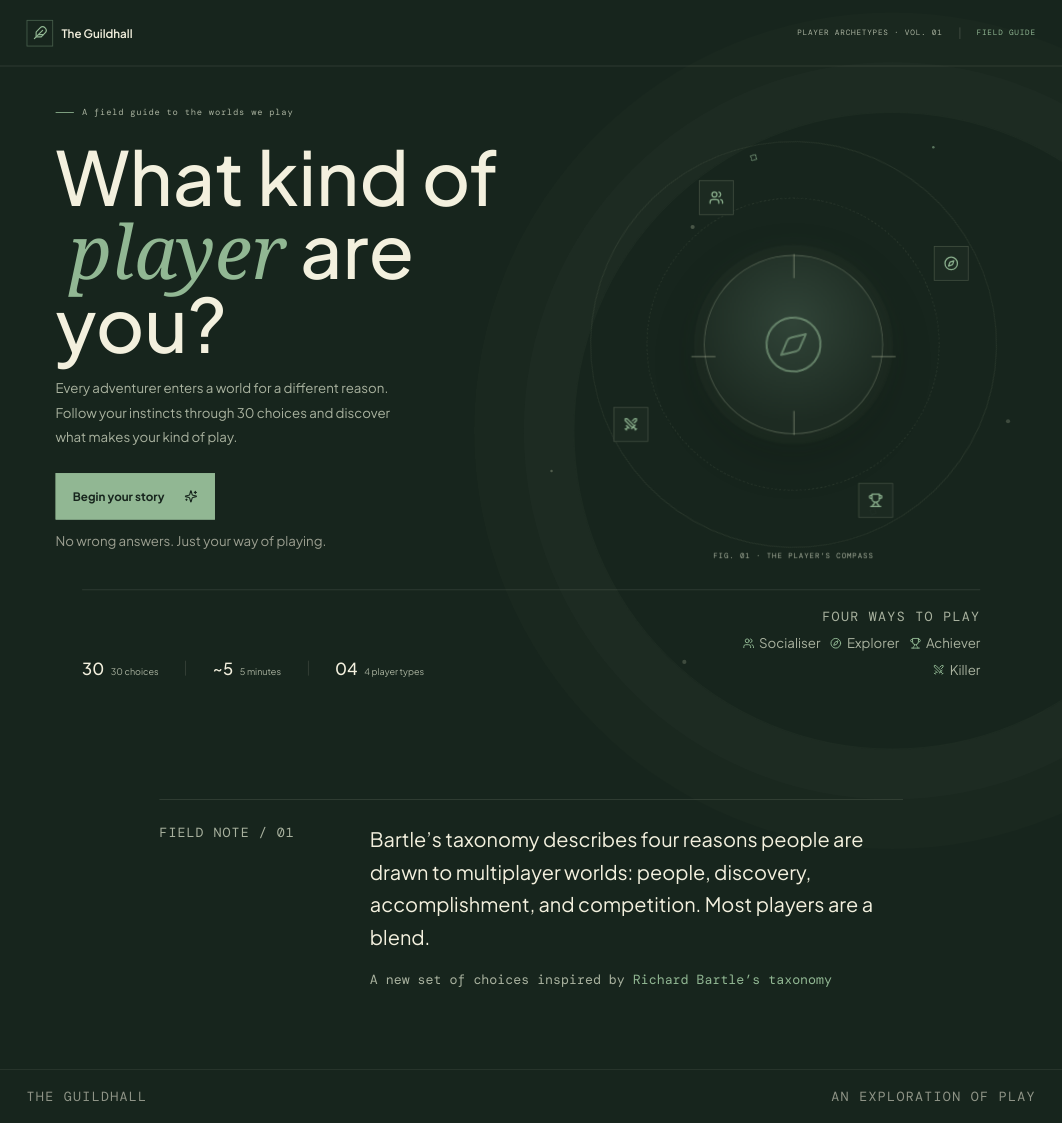
Repository: tiagoturra/bartle
Page: /
The author's editor kept a copy of each file at every save. The page is drawn from the files as they stood at one save, then again after the next save.
The browser window is 1280 px wide. The pictures show the whole page, at 83% of full size.
The project was rebuilt for these pictures with package versions that can differ from the ones it lists, and the page was loaded fresh each time. Also part of the build but not shown: vite.config.ts, src/modules/bartle/components/QuestionCard.module.scss, src/modules/bartle/components/QuestionCard.tsx, src/modules/bartle/components/ResultsPanel.module.scss, src/modules/bartle/components/ResultsPanel.tsx.

Above is the page before, as saved 2026-10-30 22:21:56.

### index.html
<!doctype html>
<html lang="en">
  <head>
    <meta charset="UTF-8" />
    <meta name="viewport" content="width=device-width, initial-scale=1.0" />
    <meta name="theme-color" content="#17251d" />
    <meta
      name="description"
      content="Discover your player type in an atmospheric, story-led Bartle test."
    />
    <link rel="preconnect" href="https://fonts.googleapis.com" />
    <link rel="preconnect" href="https://fonts.gstatic.com" crossorigin />
    <link
      href="https://fonts.googleapis.com/css2?family=DM+Mono:wght@400;500&family=Plus+Jakarta+Sans:wght@400;500;600;700;800&display=swap"
      rel="stylesheet"
    />
    <title>The Guildhall — Bartle Player Type Test</title>
  </head>
  <body>
    <div id="root"></div>
    <script type="module" src="/src/main.tsx"></script>
  </body>
</html>

### src/main.tsx
import './i18n'
import { StrictMode } from 'react'
import { createRoot } from 'react-dom/client'
import { AppRoutes } from './routes'
import './index.css'

const rootElement = document.getElementById('root')

if (!rootElement) {
  throw new Error('The application root element was not found.')
}

createRoot(rootElement).render(
  <StrictMode>
    <AppRoutes />
  </StrictMode>,
)

### src/i18n/index.ts
import i18n from 'i18next'
import { initReactI18next } from 'react-i18next'
import enCommon from './locales/en-US/common.json'
import enBartle from './locales/en-US/bartle.json'
import enQuestions from './locales/en-US/questions.json'
import ptCommon from './locales/pt-BR/common.json'
import ptBartle from './locales/pt-BR/bartle.json'
import ptQuestions from './locales/pt-BR/questions.json'
import frCommon from './locales/fr-FR/common.json'
import frBartle from './locales/fr-FR/bartle.json'
import frQuestions from './locales/fr-FR/questions.json'
import deCommon from './locales/de-DE/common.json'
import deBartle from './locales/de-DE/bartle.json'
import deQuestions from './locales/de-DE/questions.json'

void i18n.use(initReactI18next).init({
  lng: 'en-US',
  fallbackLng: 'en-US',
  defaultNS: 'common',
  resources: {
    'en-US': {
      common: enCommon,
      bartle: enBartle,
      questions: enQuestions,
    },
    'pt-BR': {
      common: ptCommon,
      bartle: ptBartle,
      questions: ptQuestions,
    },
    'fr-FR': {
      common: frCommon,
      bartle: frBartle,
      questions: frQuestions,
    },
    'de-DE': {
      common: deCommon,
      bartle: deBartle,
      questions: deQuestions,
    },
  },
  interpolation: {
    escapeValue: false,
  },
})

i18n.on('languageChanged', (language) => {
  if (typeof document !== 'undefined') {
    document.documentElement.lang = language
  }
})

export default i18n

### src/routes/index.tsx
import { BrowserRouter, Navigate, Route, Routes } from 'react-router-dom'
import { BartlePage } from '../modules/bartle/pages/BartlePage'

export function AppRoutes() {
  return (
    <BrowserRouter>
      <Routes>
        <Route path="/" element={<BartlePage />} />
        <Route path="*" element={<Navigate to="/" replace />} />
      </Routes>
    </BrowserRouter>
  )
}

### src/index.css
@import "tailwindcss";

@theme {
  --color-forest: #17251d;
  --color-panel: #202f25;
  --color-cream: #f3f0de;
  --color-muted: #a9b29f;
  --color-accent: #91b793;
  --font-sans: "Plus Jakarta Sans", sans-serif;
  --font-mono: "DM Mono", monospace;
}

@layer base {
  :root {
    font-synthesis: none;
    text-rendering: optimizeLegibility;
    -webkit-font-smoothing: antialiased;
    -moz-osx-font-smoothing: grayscale;
    font-optical-sizing: auto;
  }

  html {
    min-width: 320px;
    scroll-behavior: smooth;
  }

  body {
    min-width: 320px;
    min-height: 100vh;
    margin: 0;
  }

  button,
  a {
    -webkit-tap-highlight-color: transparent;
  }

  ::selection {
    background: rgb(145 183 147 / 35%);
    color: #f3f0de;
  }
}

@media (prefers-reduced-motion: reduce) {
  *,
  *::before,
  *::after {
    scroll-behavior: auto !important;
    animation-duration: 0.01ms !important;
    animation-iteration-count: 1 !important;
    transition-duration: 0.01ms !important;
  }
}

### src/modules/bartle/pages/BartlePage.tsx
import { Compass, Feather, Sparkles, Swords, Trophy, Users } from 'lucide-react'
import { useEffect, useState } from 'react'
import { useTranslation } from 'react-i18next'
import {
  readSessionStorage,
  removeSessionStorage,
  writeSessionStorage,
} from '../../../core/browser/sessionStorage'
import { QuestionCard } from '../components/QuestionCard'
import { ResultsPanel } from '../components/ResultsPanel'
import testConfigJson from '../data/test.config.json'
import { calculateScores } from '../scoring'
import type { BartleTestConfig, PlayerTypeScore } from '../types'
import styles from './BartlePage.module.scss'

type TestPhase = 'intro' | 'test' | 'results'

const testConfig = testConfigJson as BartleTestConfig
const progressStorageKey = 'guildhall-bartle-progress'
const progressVersion = 1
const iconByType = {
  socialiser: Users,
  explorer: Compass,
  achiever: Trophy,
  killer: Swords,
}

interface SavedProgress {
  version: typeof progressVersion
  phase: 'test' | 'results'
  currentIndex: number
  answers: Record<string, string>
  advanceOnSelection: boolean
}

interface RestoredProgress {
  phase: TestPhase
  currentIndex: number
  answers: Record<string, string>
  advanceOnSelection: boolean
  scores: PlayerTypeScore[] | null
  storageError: boolean
}

function isValidSavedProgress(value: unknown): value is SavedProgress {
  if (!value || typeof value !== 'object') return false

  const progress = value as Partial<SavedProgress>
  if (
    progress.version !== progressVersion ||
    (progress.phase !== 'test' && progress.phase !== 'results') ||
    !Number.isInteger(progress.currentIndex) ||
    (progress.currentIndex ?? -1) < 0 ||
    (progress.currentIndex ?? testConfig.questions.length) >= testConfig.questions.length ||
    typeof progress.advanceOnSelection !== 'boolean' ||
    !progress.answers ||
    typeof progress.answers !== 'object' ||
    Array.isArray(progress.answers)
  ) {
    return false
  }

  const answers = progress.answers as Record<string, unknown>
  for (const [questionId, answerId] of Object.entries(answers)) {
    const question = testConfig.questions.find(({ id }) => id === questionId)
    if (
      !question ||
      typeof answerId !== 'string' ||
      !question.answers.some((answer) => answer.id === answerId)
    ) {
      return false
    }
  }

  const currentQuestion = testConfig.questions[progress.currentIndex!]
  if (
    progress.advanceOnSelection &&
    !currentQuestion.answers.some(
      ({ id }) => id === answers[currentQuestion.id],
    )
  ) {
    return false
  }

  if (progress.phase === 'results') {
    return (
      testConfig.questions.every((question) => answers[question.id]) &&
      !progress.advanceOnSelection
    )
  }

  return true
}

function restoreProgress(): RestoredProgress {
  const emptyProgress: RestoredProgress = {
    phase: 'intro',
    currentIndex: 0,
    answers: {},
    advanceOnSelection: false,
    scores: null,
    storageError: false,
  }
  const stored = readSessionStorage(progressStorageKey)

  if (!stored.ok) {
    console.error(stored.error)
    return { ...emptyProgress, storageError: true }
  }

  if (!stored.value) return emptyProgress

  try {
    const saved: unknown = JSON.parse(stored.value)
    if (!isValidSavedProgress(saved)) {
      return { ...emptyProgress, storageError: true }
    }

    return {
      phase: saved.phase,
      currentIndex: saved.currentIndex,
      answers: saved.answers,
      advanceOnSelection: saved.advanceOnSelection,
      scores:
        saved.phase === 'results'
          ? calculateScores(saved.answers, testConfig)
          : null,
      storageError: false,
    }
  } catch (error) {
    console.error('Unable to restore the saved Bartle test progress.', error)
    return { ...emptyProgress, storageError: true }
  }
}

export function BartlePage() {
  const { t } = useTranslation()
  const [restoredProgress] = useState(restoreProgress)
  const [phase, setPhase] = useState<TestPhase>(restoredProgress.phase)
  const [currentIndex, setCurrentIndex] = useState(restoredProgress.currentIndex)
  const [answers, setAnswers] = useState<Record<string, string>>(restoredProgress.answers)
  const [scores, setScores] = useState<PlayerTypeScore[] | null>(restoredProgress.scores)
  const [advanceOnSelection, setAdvanceOnSelection] = useState(
    restoredProgress.advanceOnSelection,
  )
  const [storageError, setStorageError] = useState(restoredProgress.storageError)
  const currentQuestion = testConfig.questions[currentIndex]

  function startTest() {
    setAnswers({})
    setCurrentIndex(0)
    setScores(null)
    setAdvanceOnSelection(false)
    setPhase('test')
  }

  function resetTest() {
    startTest()
  }

  useEffect(() => {
    if (phase === 'intro') {
      const result = removeSessionStorage(progressStorageKey)
      if (!result.ok) {
        console.error(result.error)
        setStorageError(true)
      }
      return
    }

    const progress: SavedProgress = {
      version: progressVersion,
      phase,
      currentIndex,
      answers,
      advanceOnSelection,
    }
    const result = writeSessionStorage(
      progressStorageKey,
      JSON.stringify(progress),
    )

    if (!result.ok) {
      console.error(result.error)
      setStorageError(true)
    } else {
      setStorageError(false)
    }
  }, [advanceOnSelection, answers, currentIndex, phase])

  useEffect(() => {
    if (phase !== 'test' || !advanceOnSelection) return

    const timeout = window.setTimeout(() => {
      if (currentIndex === testConfig.questions.length - 1) {
        setScores(calculateScores(answers, testConfig))
        setPhase('results')
      } else {
        setCurrentIndex((index) => index + 1)
      }

      setAdvanceOnSelection(false)
    }, 650)

    return () => window.clearTimeout(timeout)
  }, [advanceOnSelection, answers, currentIndex, phase])

  return (
    <main className={`relative min-h-dvh overflow-hidden bg-forest text-cream ${styles.pageBackdrop}`}>
      <div className="pointer-events-none absolute inset-0 z-0 overflow-hidden" aria-hidden="true">
        <span className={`absolute right-[-14%] top-[10%] aspect-square w-[min(60vw,780px)] rounded-full ${styles.ambientOrb}`} />
        <span className={styles.constellation} />
      </div>

      <header className="relative z-10 mx-auto flex min-h-16 w-full max-w-7xl items-center gap-3 border-b border-cream/10 px-4 md:min-h-20 md:gap-5 md:px-8">
        <a
          className="inline-flex cursor-pointer items-center gap-2.5 font-sans text-sm font-semibold text-cream focus-visible:outline-2 focus-visible:outline-offset-4 focus-visible:outline-accent"
          href="/"
          onClick={(event) => {
            event.preventDefault()
            setPhase('intro')
          }}
          aria-label={t('brand')}
        >
          <span className="grid size-8 place-items-center border border-accent/40 text-accent"><Feather size={17} /></span>
          <span>{t('brand')}</span>
        </a>
        <span className="ml-auto hidden font-mono text-[0.58rem] tracking-[0.1em] text-muted md:inline">{t('nav.edition')}</span>
        <span className="hidden h-3.5 w-px bg-cream/20 md:block" />
        <span className="ml-auto font-mono text-[0.53rem] tracking-[0.1em] text-accent md:ml-0 md:text-[0.58rem]">{t('nav.fieldGuide')}</span>
      </header>

      {storageError && (
        <p className="relative z-10 mx-auto my-3 w-[calc(100%-2rem)] max-w-7xl border border-[#e3a18d]/40 bg-[#e3a18d]/10 px-4 py-3 text-sm text-[#e3a18d]" role="alert">
          {t('test.storageError')}
        </p>
      )}

      <div className="relative z-10 mx-auto w-full max-w-7xl px-4 md:px-8">
        {phase === 'intro' && (
          <section className="grid min-h-[calc(100dvh-5rem)] grid-cols-1 items-center gap-4 py-14 md:grid-cols-[1.04fr_0.96fr] md:gap-0 md:py-12">
            <div className={`relative z-10 pb-0 md:pb-10 md:pl-[5.5%] ${styles.heroCopy}`}>
              <p className="mb-0 flex items-center gap-2.5 font-mono text-[0.66rem] tracking-[0.09em] text-muted">
                <span className="h-px w-[22px] bg-accent" />
                {t('intro.eyebrow')}
              </p>
              <h1 className="mb-5 mt-5 max-w-2xl font-sans text-5xl font-medium leading-[0.98] sm:text-6xl lg:mb-5 lg:mt-6 lg:text-7xl xl:text-8xl">
                {t('intro.titleStart')}
                <br />
                <span className="mx-4 font-serif font-normal italic text-accent">{t('intro.titleAccent')}</span>
                {t('intro.titleEnd')}
              </h1>
              <p className="m-0 max-w-[410px] leading-[1.85] text-muted">{t('intro.description')}</p>
              <button className="mt-7 inline-flex min-h-14 cursor-pointer items-center gap-6 border border-accent bg-accent px-5 text-sm font-bold text-forest transition duration-200 hover:-translate-y-0.5 hover:bg-[#a5c5a5] hover:shadow-lg focus-visible:outline-2 focus-visible:outline-offset-4 focus-visible:outline-cream" type="button" onClick={startTest}>
                {t('intro.begin')}
                <span aria-hidden="true"><Sparkles size={16} /></span>
              </button>
              <p className="mb-0 mt-3.5 text-s text-cream/60">{t('intro.footnote')}</p>
            </div>

            <div className={`relative mx-auto grid aspect-square w-[min(82vw,420px)] place-items-center justify-self-center md:w-full md:max-w-[570px] ${styles.heroArt}`} aria-hidden="true">
              <div className={`${styles.orbit} ${styles.orbitOuter}`} />
              <div className={`${styles.orbit} ${styles.orbitInner}`} />
              <div className={styles.artHalo} />
              <div className={styles.artCore}>
                <div className={styles.compassRose}>
                  <span className={styles.roseNorth} />
                  <span className={styles.roseSouth} />
                  <span className={styles.roseEast} />
                  <span className={styles.roseWest} />
                  <Compass size={78} strokeWidth={0.75} />
                </div>
              </div>
              <span className={`${styles.typeMark} ${styles.markSocial}`}><Users size={18} /></span>
              <span className={`${styles.typeMark} ${styles.markExplore}`}><Compass size={18} /></span>
              <span className={`${styles.typeMark} ${styles.markAchieve}`}><Trophy size={18} /></span>
              <span className={`${styles.typeMark} ${styles.markKiller}`}><Swords size={18} /></span>
              <span className="absolute bottom-[3%] font-mono text-[0.5rem] tracking-[0.12em] text-muted md:bottom-[4%] md:text-[0.56rem]">{t('intro.artCaption')}</span>
            </div>

            <div className="col-span-full mx-0 mt-2 grid grid-cols-1 items-end gap-6 border-t border-cream/10 pt-5 md:mx-[5.5%] md:grid-cols-[1fr_auto] md:gap-5">
              <div className="flex items-center justify-between gap-4 md:justify-start md:gap-8">
                <div className="flex flex-col items-start gap-0 md:flex-row md:items-baseline md:gap-2"><strong className="font-sans text-xl font-medium text-cream">30</strong><span className="text-[0.68rem] text-muted">{t('intro.stats.choices')}</span></div>
                <span className="h-[18px] w-px bg-cream/15" />
                <div className="flex flex-col items-start gap-0 md:flex-row md:items-baseline md:gap-2"><strong className="font-sans text-xl font-medium text-cream">~5</strong><span className="text-[0.68rem] text-muted">{t('intro.stats.time')}</span></div>
                <span className="h-[18px] w-px bg-cream/15" />
                <div className="flex flex-col items-start gap-0 md:flex-row md:items-baseline md:gap-2"><strong className="font-sans text-xl font-medium text-cream">04</strong><span className="text-[0.68rem] text-muted">{t('intro.stats.types')}</span></div>
              </div>
              <div className="flex flex-wrap items-center justify-start gap-x-3 gap-y-2 md:max-w-[330px] md:justify-end">
                <span className="w-full font-mono tracking-[0.1em] text-muted md:text-right">{t('intro.typesLabel')}</span>
                {testConfig.categories.map(({ id }) => {
                  const Icon = iconByType[id]

                  return (
                    <span className="inline-flex items-center gap-1.5 text-muted" key={id}>
                      <Icon className="text-accent" size={14} aria-hidden="true" />
                      {t(`types.${id}.name`)}
                    </span>
                  )
                })}
              </div>
              <a className="hidden cursor-pointer items-center gap-3 font-mono text-[0.55rem] tracking-[0.1em] text-muted no-underline max-md:inline-flex" href="#about">
                {t('intro.scroll')}
                <span className="h-px w-[34px] bg-accent" />
              </a>
            </div>
          </section>
        )}

        {phase === 'test' && currentQuestion && (
          <div className="flex min-h-[calc(100dvh-5rem)] items-center justify-center py-9 md:py-[70px]">
            <QuestionCard
              key={currentQuestion.id}
              question={currentQuestion}
              questionIndex={currentIndex}
              questionCount={testConfig.questions.length}
              selectedAnswer={answers[currentQuestion.id]}
              isAdvancing={advanceOnSelection}
              isFirst={currentIndex === 0}
              onReset={resetTest}
              onSelect={(answerId) => {
                setAnswers((previous) => ({
                  ...previous,
                  [currentQuestion.id]: answerId,
                }))
                setAdvanceOnSelection(true)
              }}
              onPrevious={() => {
                setAdvanceOnSelection(false)
                setCurrentIndex((index) => Math.max(0, index - 1))
              }}
            />
          </div>
        )}

        {phase === 'results' && scores && (
          <div className="flex min-h-[calc(100dvh-5rem)] items-center justify-center py-9 md:py-[70px]">
            <ResultsPanel scores={scores} onRestart={startTest} />
          </div>
        )}
      </div>

      {phase === 'intro' && (
        <section className="mx-auto my-12 grid w-[calc(100%-2rem)] max-w-4xl grid-cols-1 gap-4 border-t border-cream/15 pt-7 md:my-24 md:grid-cols-[minmax(100px,0.32fr)_1fr] md:gap-x-12 md:gap-y-5" id="about">
          <span className="font-mono tracking-[0.08em] text-muted">{t('about.index')}</span>
          <p className="m-0 max-w-2xl font-sans text-xl leading-relaxed text-cream md:text-2xl">{t('about.description')}</p>
          <span className="font-mono text-muted md:col-start-2">
            {t('about.source')}{' '}
            <a className="cursor-pointer text-accent underline-offset-4 hover:text-cream" href="http://mud.co.uk/richard/hcds.htm" target="_blank" rel="noreferrer">
              {t('about.sourceLink')}
            </a>
          </span>
        </section>
      )}

      <footer className="relative z-10 mx-auto flex w-full max-w-7xl justify-between border-t border-cream/10 px-4 py-5 font-mono tracking-[0.1em] text-cream/55 md:px-8">
        <span>{t('footer.brand')}</span>
        <span>{t('footer.tagline')}</span>
      </footer>
    </main>
  )
}

### src/core/browser/sessionStorage.ts
export type SessionStorageResult =
  | { ok: true; value: string | null }
  | { ok: false; error: Error }

export type SessionStorageWriteResult =
  | { ok: true }
  | { ok: false; error: Error }

export function readSessionStorage(key: string): SessionStorageResult {
  if (typeof window === 'undefined') {
    return { ok: true, value: null }
  }

  try {
    return { ok: true, value: window.sessionStorage.getItem(key) }
  } catch (error) {
    return {
      ok: false,
      error: new Error('Unable to read session storage.', { cause: error }),
    }
  }
}

export function writeSessionStorage(
  key: string,
  value: string,
): SessionStorageWriteResult {
  if (typeof window === 'undefined') {
    return { ok: true }
  }

  try {
    window.sessionStorage.setItem(key, value)
    return { ok: true }
  } catch (error) {
    return {
      ok: false,
      error: new Error('Unable to save session storage.', { cause: error }),
    }
  }
}

export function removeSessionStorage(key: string): SessionStorageWriteResult {
  if (typeof window === 'undefined') {
    return { ok: true }
  }

  try {
    window.sessionStorage.removeItem(key)
    return { ok: true }
  } catch (error) {
    return {
      ok: false,
      error: new Error('Unable to clear session storage.', { cause: error }),
    }
  }
}

### src/modules/bartle/scoring.ts
import type {
  BartleTestConfig,
  PlayerTypeId,
  PlayerTypeScore,
} from './types'

export function calculateScores(
  answers: Record<string, string>,
  config: BartleTestConfig,
): PlayerTypeScore[] {
  const points = Object.fromEntries(
    config.categories.map(({ id }) => [id, 0]),
  ) as Record<PlayerTypeId, number>

  for (const question of config.questions) {
    const answerId = answers[question.id]
    const answer = question.answers.find(({ id }) => id === answerId)

    if (!answer) {
      throw new Error(`A valid answer is required for question "${question.id}".`)
    }

    for (const [category, score] of Object.entries(answer.scores)) {
      if (!(category in points) || typeof score !== 'number' || score < 0) {
        throw new Error(`Invalid scoring rule on question "${question.id}".`)
      }

      points[category as PlayerTypeId] += score
    }
  }

  const totalPoints = Object.values(points).reduce((sum, score) => sum + score, 0)

  if (totalPoints === 0) {
    throw new Error('The test configuration must award at least one point.')
  }

  return config.categories
    .map(({ id }) => ({
      id,
      points: points[id],
      percentage: (points[id] / totalPoints) * 100,
    }))
    .sort((first, second) => second.points - first.points)
}

Loaded but not shown: src/modules/bartle/data/test.config.json (271 lines, source omitted); src/i18n/locales/de-DE/questions.json (32 lines, source omitted); src/i18n/locales/en-US/questions.json (212 lines, source omitted); src/i18n/locales/fr-FR/questions.json (32 lines, source omitted); src/i18n/locales/pt-BR/questions.json (32 lines, source omitted); src/i18n/locales/fr-FR/common.json (86 lines, source omitted); src/i18n/locales/de-DE/common.json (86 lines, source omitted); src/i18n/locales/pt-BR/common.json (86 lines, source omitted); src/i18n/locales/en-US/common.json (86 lines, source omitted); src/i18n/locales/pt-BR/bartle.json (6 lines, source omitted); src/i18n/locales/fr-FR/bartle.json (6 lines, source omitted); src/i18n/locales/de-DE/bartle.json (6 lines, source omitted); src/i18n/locales/en-US/bartle.json (6 lines, source omitted); src/modules/bartle/pages/BartlePage.module.scss (729 lines, source omitted)

After the next save:
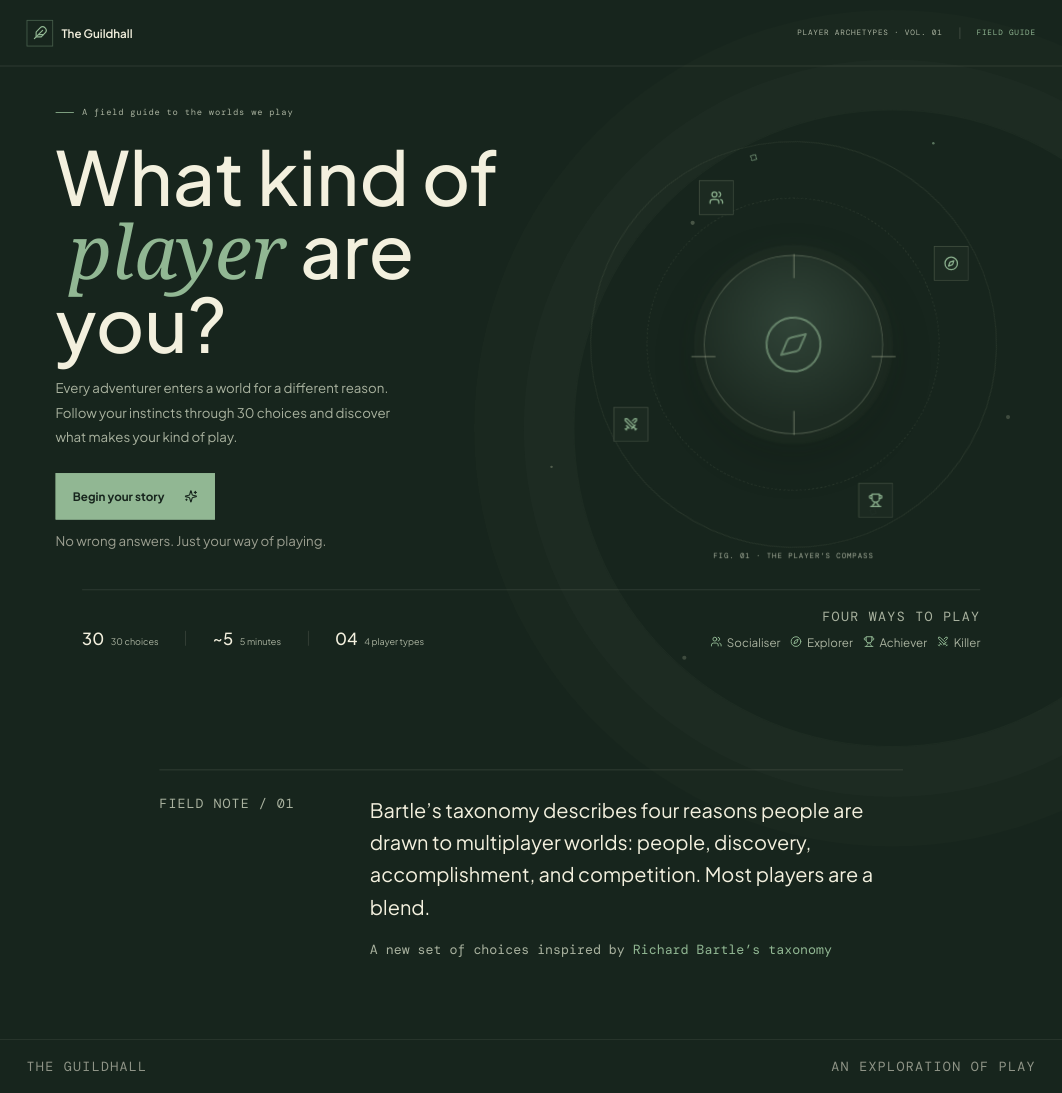
Saved 14 s later.
--- a/src/modules/bartle/pages/BartlePage.tsx
+++ b/src/modules/bartle/pages/BartlePage.tsx
@@ -292,7 +292,7 @@ export function BartlePage() {
                   const Icon = iconByType[id]
 
                   return (
-                    <span className="inline-flex items-center gap-1.5 text-muted" key={id}>
+                    <span className="inline-flex items-center gap-1.5 text-sm text-muted" key={id}>
                       <Icon className="text-accent" size={14} aria-hidden="true" />
                       {t(`types.${id}.name`)}
                     </span>
